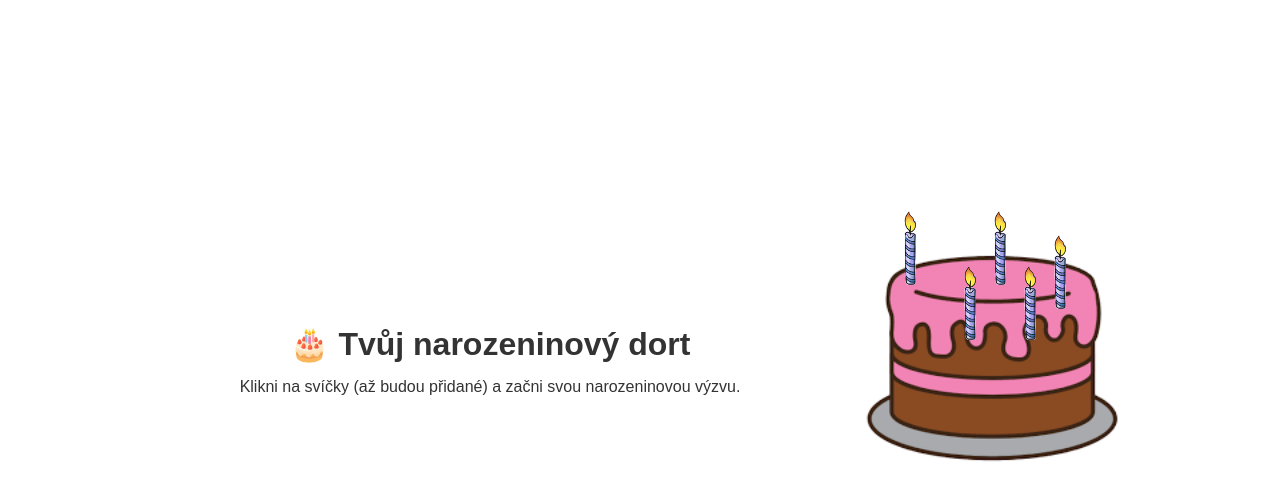
Repository: DanielMicka/darek
Page: html/cake.html
These files come from the project's save history. The page is drawn as it stood at one moment and after the next save; the edit follows.
The browser window is 1280 px wide. The pictures show the whole page.

Above is the page before, as saved 2026-06-13 19:23:38.

### html/cake.html
<!DOCTYPE html>
<html lang="cs">

<head>
    <meta charset="UTF-8">
    <title>Dort 🎂</title>
    <link rel="stylesheet" href="styles.css">
</head>

<body>

    <div class="container fade">

        <h2>🎂 Tvůj narozeninový dort</h2>

        <p>Klikni na svíčky (až budou přidané) a začni svou narozeninovou výzvu.</p>


    </div>

        <div class="cake-wrapper">
            <img src="/cake.png" class="cake">

            <!-- Svíčka 1 -->
            <img src="/svíčka_ende.png" class="candle c1" data-id="1">

            <!-- Svíčka 2 -->
            <img src="/svíčka_ende.png" class="candle c2" data-id="2">

            <!-- Svíčka 3 -->
            <img src="/svíčka_ende.png" class="candle c3" data-id="3">

            <!-- Svíčka 4 -->
            <img src="/svíčka_ende.png" class="candle c4" data-id="4">

            <!-- Svíčka 5 -->
            <img src="/svíčka_ende.png" class="candle c5" data-id="5">
        </div>


</body>

</html>

### html/styles.css
/* Reset */
* {
    margin: 0;
    padding: 0;
    box-sizing: border-box;
}

body {
    font-family: "Poppins", sans-serif;
    background: white;
    color: #333;
    display: flex;
    justify-content: center;
    align-items: center;
    min-height: 100vh; /* vždy na střed */
    text-align: center;
    padding: 20px;
}

/* Kontejner pro obsah */
.container {
    max-width: 700px;
    width: 100%;
}

/* Obrázky */
img {
    max-width: 100%;
    height: auto;
}

/* Tlačítko */
.btn {
    margin-top: 35px;
    padding: 15px 35px;
    font-size: 1.2rem;
    border: none;
    border-radius: 30px;
    background: #4aa3ff;
    color: white;
    cursor: pointer;
    transition: 0.3s;
}

.btn:hover {
    background: #1f8bff;
    transform: scale(1.05);
}

/* Nadpisy */
h1 {
    font-size: 2.6rem;
    margin-bottom: 15px;
}

h2 {
    font-size: 2rem;
    margin-bottom: 15px;
}

/* Animace */
@keyframes fadeIn {
    from { opacity: 0; transform: translateY(20px); }
    to   { opacity: 1; transform: translateY(0); }
}

.fade {
    animation: fadeIn 1.2s ease;
}
.cake-wrapper {
    position: relative;
    display: inline-block;
}

.cake {
    width: 300px;
}

/* Všechny svíčky */
.candle {
    position: absolute;
    width: 80px; /* upravíš podle obrázku */
    cursor: pointer;
}
/* Svíčka 1 */
.c1 {
    top: 0.1%;
    left: 10%;
}

/* Svíčka 2 */
.c2 {
    top: 0,01%;
    left: 40%;
}

/* Svíčka 3 */
.c3 {
    top: 8%;
    left: 60%;
}

/* Svíčka 4 */
.c4 {
    top: 18%;
    left: 30%;
}

/* Svíčka 5 */
.c5 {
    top: 18%;
    left: 50%;
}

After the next save:
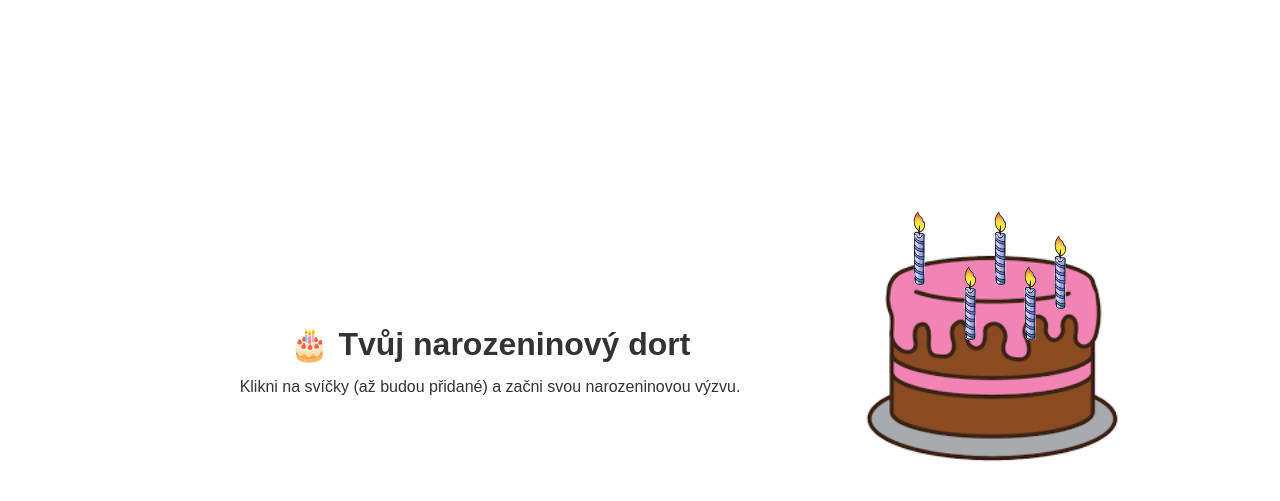
Saved 10 s later.
--- a/html/styles.css
+++ b/html/styles.css
@@ -85,7 +85,7 @@
 /* Svíčka 1 */
 .c1 {
     top: 0.1%;
-    left: 10%;
+    left: 13%;
 }
 
 /* Svíčka 2 */
